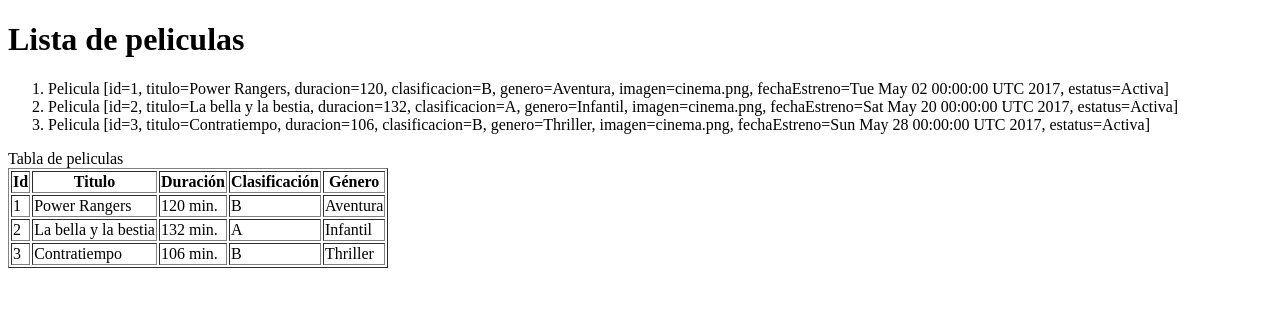
Repository: carlosgijon/Curso-Spring-e-Hibernate
Page: http://localhost/cineapp/
These files come from the project's save history. The page is drawn as it stood at one moment and after the next save; the edit follows.
The browser window is 1280 px wide. The pictures show the whole page.
The page is served by Tomcat 9.

Above is the page before, as saved 2018-09-28 13:00:02.

After the next save:
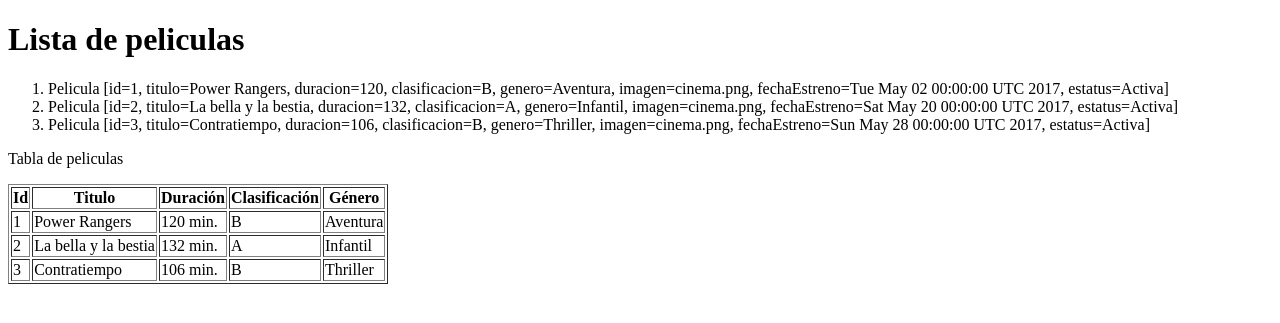
Saved 2 days later.
--- a/cineapp/webapp/WEB-INF/views/home.jsp
+++ b/cineapp/webapp/WEB-INF/views/home.jsp
@@ -18,7 +18,7 @@
 		</c:forEach>
 	</ol>
 
-	Tabla de peliculas
+	<p>Tabla de peliculas</p>
 	<table border="1">
 		<thead>
 			<tr>
